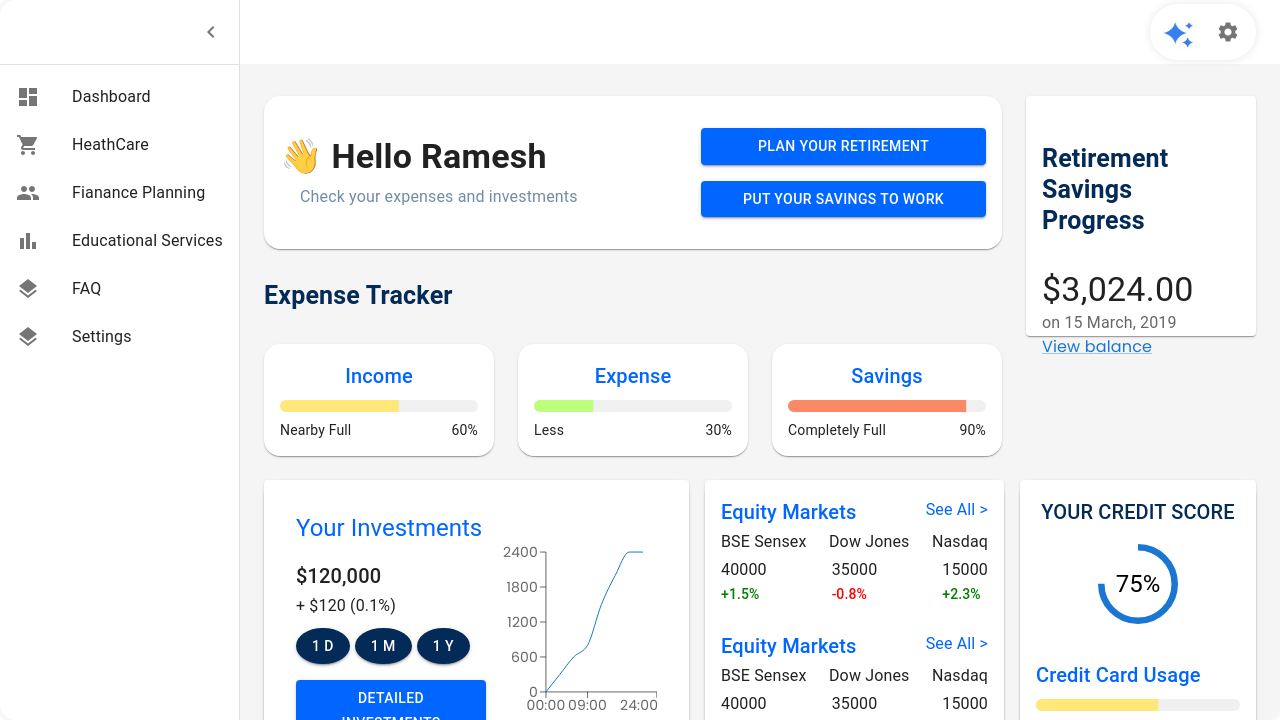
Repository: shubhampirate/TIAA_Retirement_hackathon
Page: /
These files come from the project's save history. The page is drawn as it stood at one moment and after the next save; the edit follows.
The browser window is 1280 px wide. The pictures show the whole page.
An inner scrolling area shows only its first screen. The project was rebuilt for these pictures with package versions that can differ from the ones it lists, and the page was loaded fresh each time. Also part of the build but not shown: src/Components/CustomButton.jsx, src/Components/Navbar.jsx, src/Components/Properties.jsx, src/Components/Footer.jsx, src/Components/Hero.jsx, src/pages/Sign_In.jsx.

Above is the page before, as saved 2023-11-15 15:03:12.

After the next save:
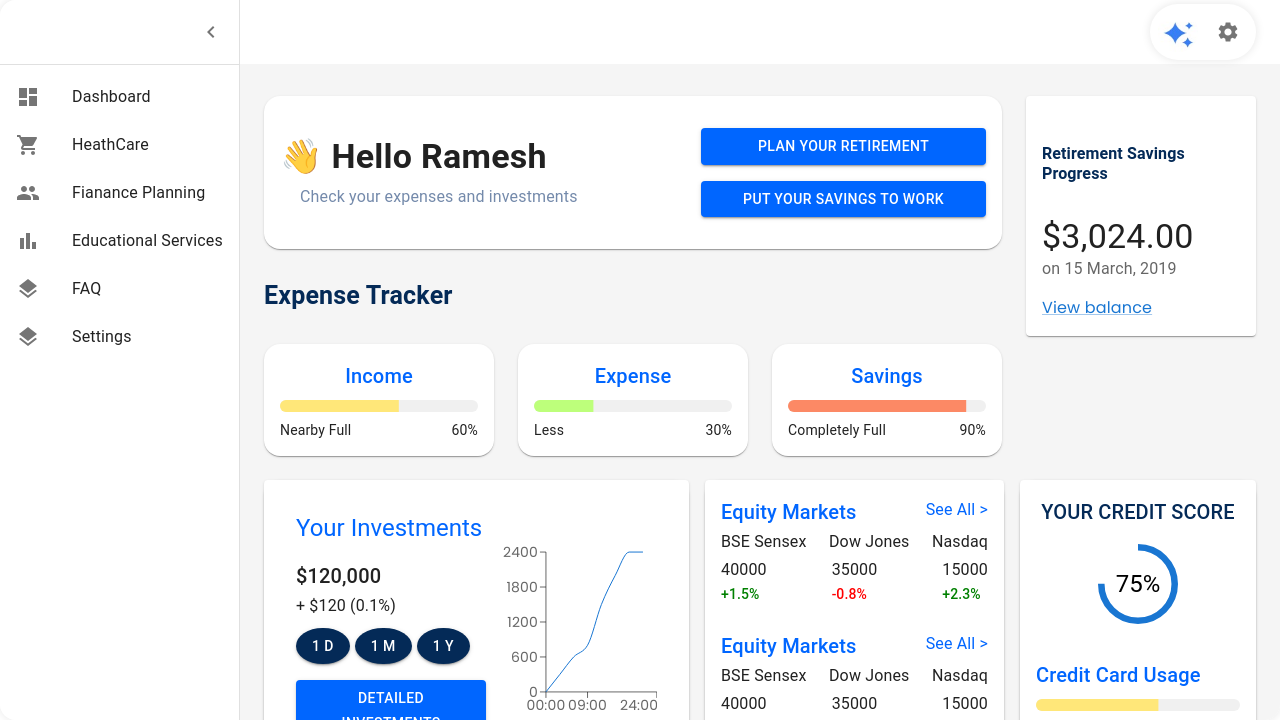
Saved 6 s later.
--- a/src/Components/Deposits.jsx
+++ b/src/Components/Deposits.jsx
@@ -7,7 +7,7 @@ function preventDefault(event) {
   event.preventDefault();
 }
 const Title = styled(Typography)(({ theme }) => ({
-  fontSize: "25px",
+  fontSize: "16px",
   color: "#042A57",
   fontWeight: "bold",
   textAlign: "left",
